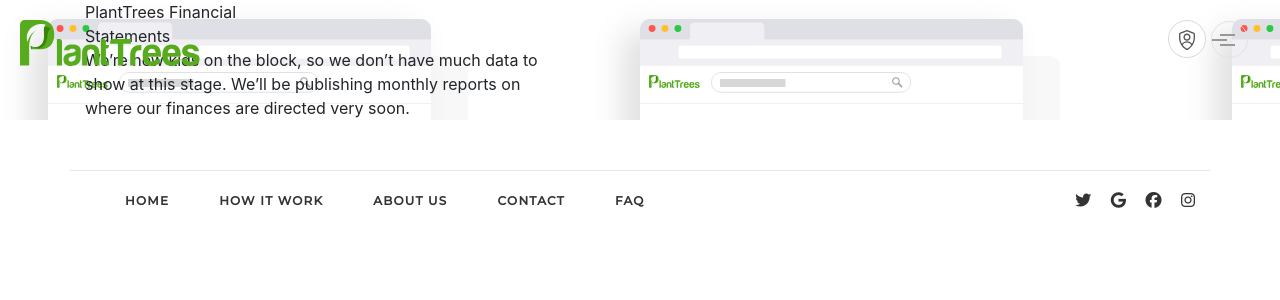
Repository: caothaito/b6g6
Page: bogo/financial.html
An editor plug-in stored every save of this project. The page is shown before and after the next save, followed by the edit.
The browser window is 1280 px wide. The pictures show the whole page.
Some web libraries are served in a nearby version. The style sheet was rebuilt from its Sass, Less or Tailwind sources for each picture, by a compiler version that may differ from the author's.

Above is the page before, as saved 2020-09-17 10:04:12.

After the next save:
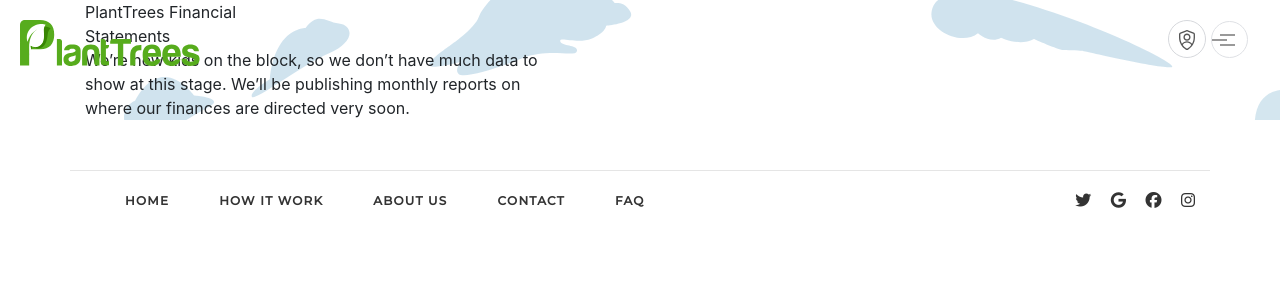
Saved 60 s later.
--- a/bogo/assets/css/financial.scss
+++ b/bogo/assets/css/financial.scss
@@ -33,7 +33,7 @@
 }
 
 .plant-trees-financial{
-    background-image: url('../images/financial/set-1.svg');
+    background-image: url('../images/financial/asset-1.svg');
     .plant-financialLeft{
         max-width: 460px;
         .financial-title{
